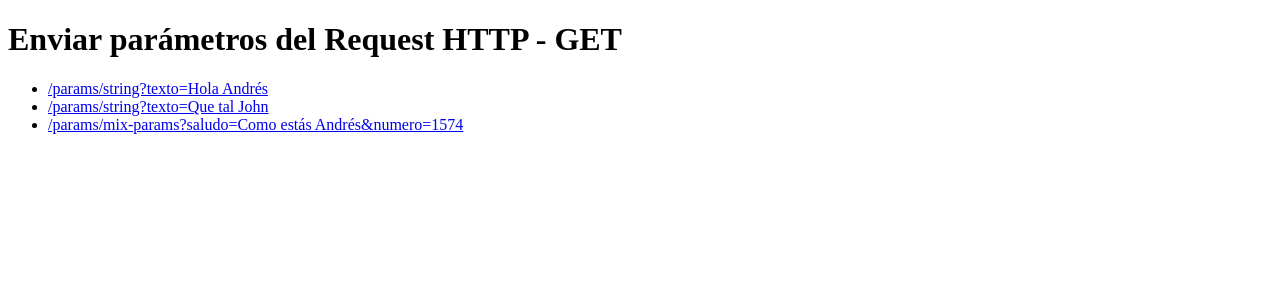
Repository: anferemo/curso-springboot
Page: http://localhost/params/index
The author's editor kept a copy of each file at every save. The page is drawn from the files as they stood at one save, then again after a run of saves.
The browser window is 1280 px wide. The pictures show the whole page.
The page is this project's Thymeleaf template; nobody is signed in. The template is opened directly, without the code that normally fills it, so the values that code supplies are empty.

Above is the page before, as saved 2019-07-05 21:39:41.

### spring-boot-web/src/main/resources/templates/params/index.html
<!DOCTYPE html>
<html xmlns:th="http://www.thymeleaf.org">
<head>
<meta charset="UTF-8" />
<title>Enviar parámetros del Request HTTP - GET</title>
</head>
<body>
<h1>Enviar parámetros del Request HTTP - GET</h1>
<ul>
	<li><a th:href="@{/params/string(texto='Hola Andrés')}">/params/string?texto=Hola Andrés</a> </li>
	<li><a th:href="@{/params/string(texto='Que tal John')}">/params/string?texto=Que tal John</a> </li>
	<li><a th:href="@{/params/mix-params(saludo='Como estás Andrés', numero=1574)}">/params/mix-params?saludo=Como estás Andrés&numero=1574</a> </li>
</ul>
</body>
</html>

After the next 2 saves:
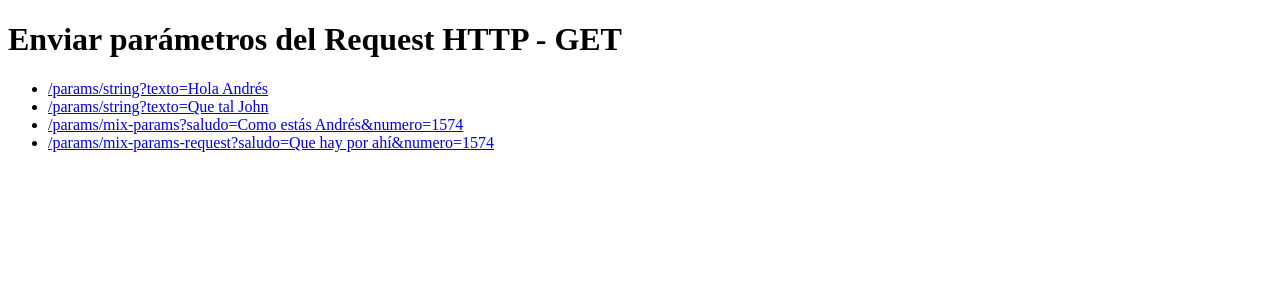
The 2 saves are shown as one change because they came seconds apart.
The last was saved 77 s later.
--- a/spring-boot-web/src/main/resources/templates/params/index.html
+++ b/spring-boot-web/src/main/resources/templates/params/index.html
@@ -9,7 +9,8 @@
 <ul>
 	<li><a th:href="@{/params/string(texto='Hola Andrés')}">/params/string?texto=Hola Andrés</a> </li>
 	<li><a th:href="@{/params/string(texto='Que tal John')}">/params/string?texto=Que tal John</a> </li>
-	<li><a th:href="@{/params/mix-params(saludo='Como estás Andrés', numero=1574)}">/params/mix-params?saludo=Como estás Andrés&numero=1574</a> </li>
+	<li><a th:href="@{/params/mix-params(saludo='Como estás Andrés', numero=1574)}">/params/mix-params?saludo=Como estás Andrés&numero=1574</a></li>
+	<li><a th:href="@{/params/mix-params-request(saludo='Que hay por ahí', numero=1574)}">/params/mix-params-request?saludo=Que hay por ahí&numero=1574</a></li>
 </ul>
 </body>
 </html>
